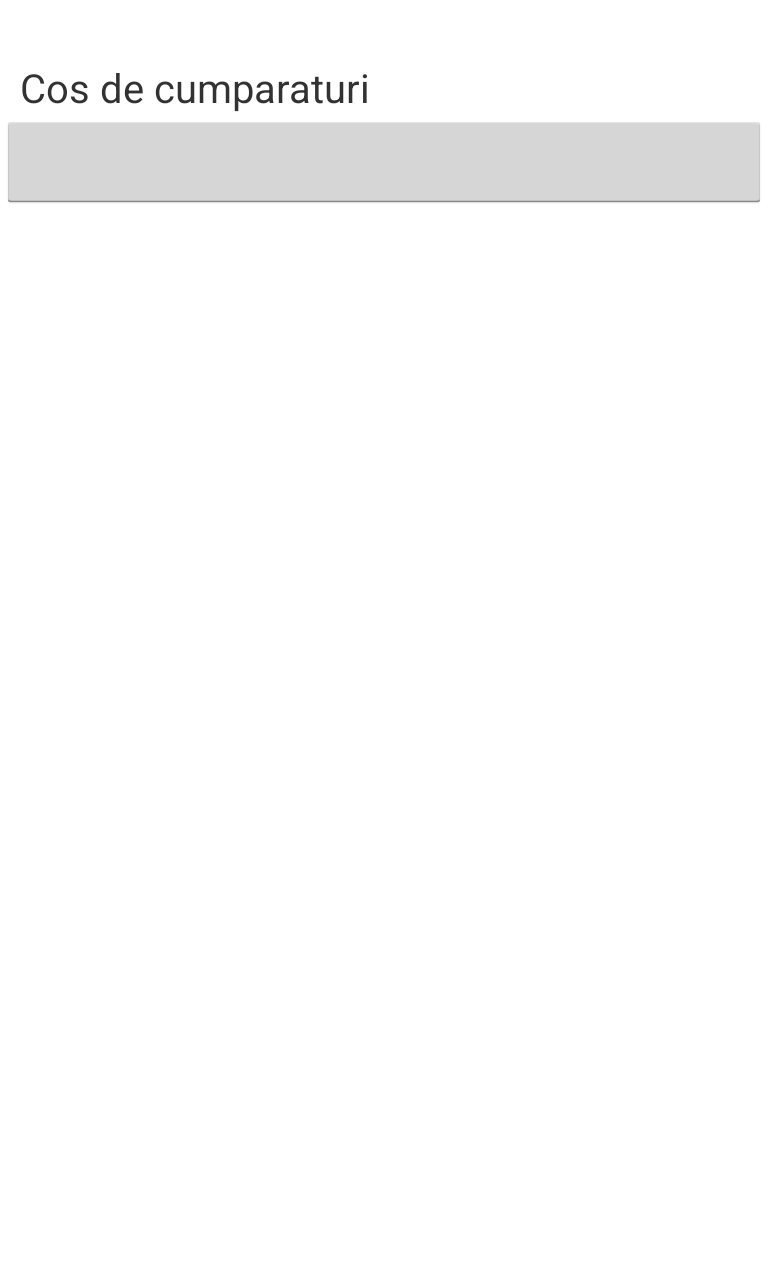
Repository: andreeacarmen/AndroidApp
Layout: MyApp/res/layout/new_activity.xml
These files come from the project's save history. The layout is drawn as it stood at one moment and after the next save; the edit follows.
It is drawn on a 768 x 1280 px phone screen (xhdpi) without system bars, with theme AppTheme; the app's code is not run. Lists and similar views that code fills are empty.

Above is the layout before, as saved 2014-07-02 09:45:31.

After the next save:
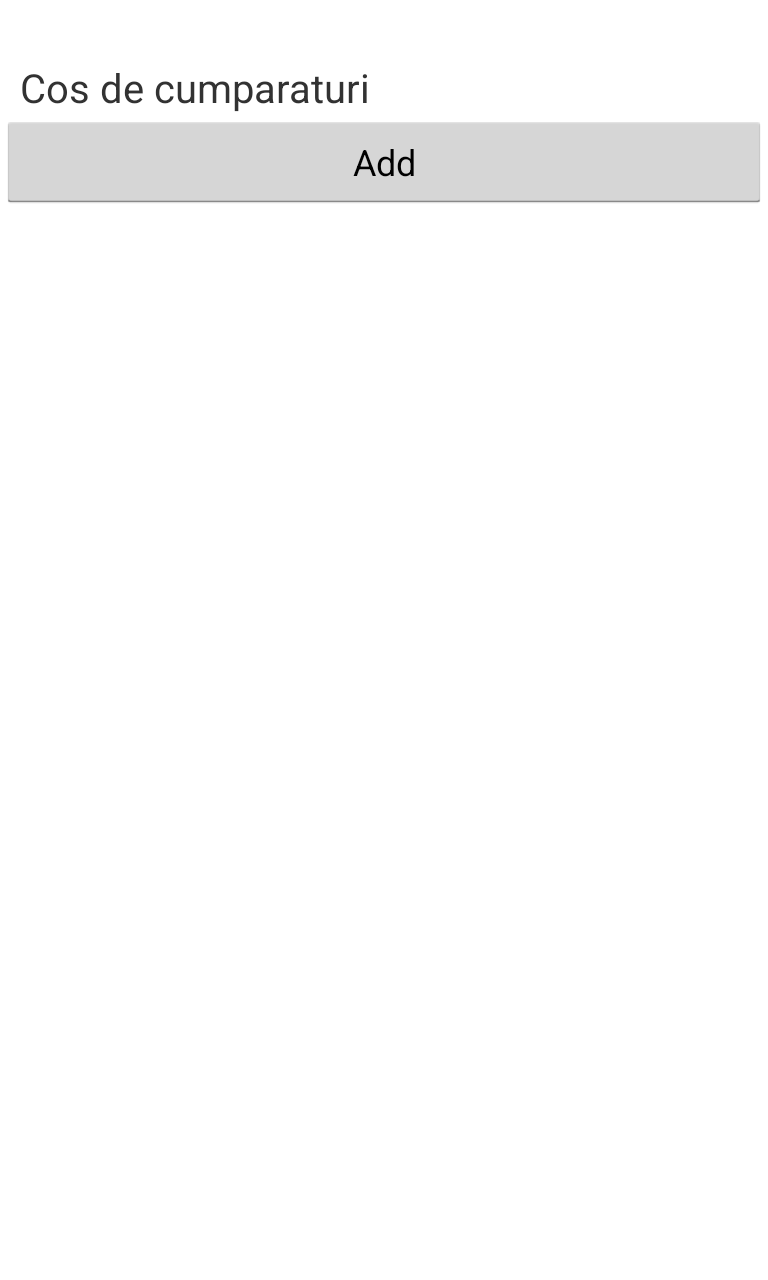
Saved 38 s later.
--- a/MyApp/res/layout/new_activity.xml
+++ b/MyApp/res/layout/new_activity.xml
@@ -25,6 +25,7 @@
        android:id="@+id/button2"
        android:layout_width="match_parent"
        android:layout_height="wrap_content"
+       android:text="Add"
      />
 
 </LinearLayout>
